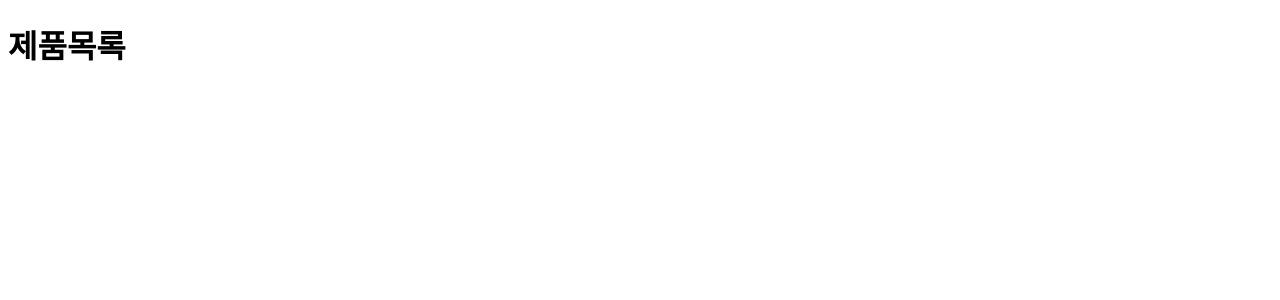
Repository: 2Mihye/servlet-jsp-workspace
Page: http://localhost/Product_List/productList.jsp
These files come from the project's save history. The page is drawn as it stood at one moment and after the next save; the edit follows.
The browser window is 1280 px wide. The pictures show the whole page.
The page is served by Tomcat 9.

Above is the page before, as saved 2023-11-09 00:49:55.

After the next save:
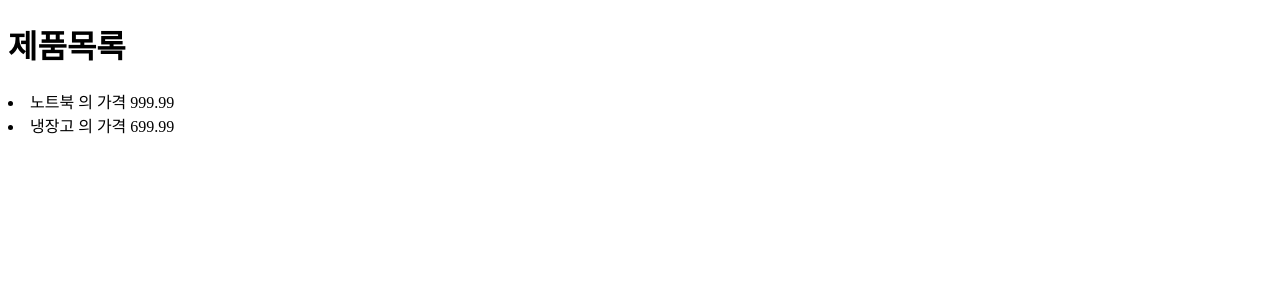
Saved 15 min 21 s later.
--- a/Product_List/src/main/webapp/productList.jsp
+++ b/Product_List/src/main/webapp/productList.jsp
@@ -14,6 +14,16 @@
 			<%
 				// 제품 목록을 ArrayList에 저장
 				ArrayList<Product> products = new ArrayList<>();
+				products.add(new Product(1, "노트북", "전자제품", 999.99, 10));
+				products.add(new Product(2, "냉장고", "가전제품", 699.99, 5));
+
+				// for문을 활용하여 제품목록을 반복해서 표현할 수 있음
+				for(Product p : products) {
+			%>
+				<li><%= p.getProductName() %> 의 가격 <%= p.getPrice() %>
+			<%
+				}
+
 			%>
 		</table>
 	</body>
